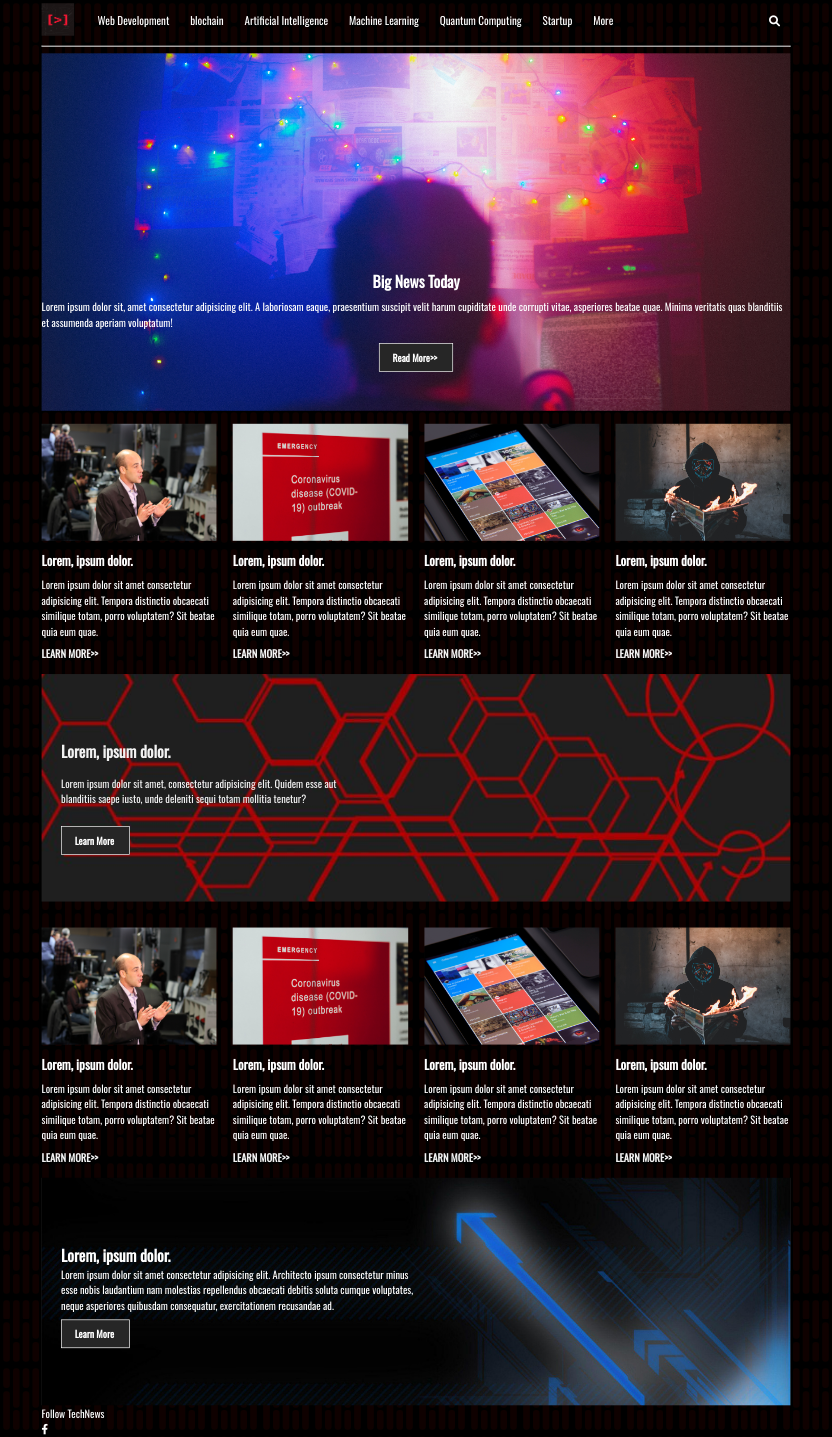
Repository: NickArregoces/News_Web
Page: index.html
The author's editor kept a copy of each file at every save. The page is drawn from the files as they stood at one save, then again after a run of saves.
The browser window is 1280 px wide. The pictures show the whole page, at 65% of full size.

Above is the page before, as saved 2021-12-24 20:05:37.

### index.html
<!DOCTYPE html>
<html lang="en">
<head>
    <meta charset="UTF-8">
    <meta http-equiv="X-UA-Compatible" content="IE=edge">
    <meta name="viewport" content="width=device-width, initial-scale=1.0">
    <title>TechNews</title>
    <!--FONT AWESOME-->
    <link rel="stylesheet" href="https://cdnjs.cloudflare.com/ajax/libs/font-awesome/6.0.0-beta3/css/all.min.css">

    <link rel="stylesheet" href="style.Css">
    <!--Oswald FONTS-->
    <link rel="preconnect" href="https://fonts.googleapis.com">
<link rel="preconnect" href="https://fonts.gstatic.com" crossorigin>
<link href="https://fonts.googleapis.com/css2?family=Oswald:wght@200;300;400&display=swap" rel="stylesheet">
</head>
<body>

    <div class="container">

        <nav class ="nav-main">
            <img src="img/brand.png" alt="" class="nav-brand">

            <ul class="nav-menu">
                <li>
                    <a href="#">Web Development</a>
                </li>
                <li>
                    <a href="#">blochain</a>
                </li>
                <li>
                    <a href="#">Artificial Intelligence</a>
                </li>
                <li>
                    <a href="#">Machine Learning</a>
                </li>
                <li>
                    <a href="#">Quantum Computing</a>
                </li>
                <li>
                    <a href="#">Startup</a>
                </li>
                <li>
                    <a href="#">More</a>
                </li>
            </ul>
            <ul class="nav-menu-right">
                <li>
                    <a href="">
                        <i class="fas fa-search"></i>
                    </a>
                </li>
            </ul>
        </nav>
        <hr> <!--Crea una linea -->


        <!--Showcase=Imagen pricnipal-->
        <header class="showcase">
            <h2>Big News Today</h2>
            <p>Lorem ipsum dolor sit, amet consectetur adipisicing elit. A laboriosam eaque, praesentium suscipit velit harum cupiditate unde corrupti vitae, asperiores beatae quae. Minima veritatis quas blanditiis et assumenda aperiam voluptatum!</p>
        <!--lorem30 te crea 30 palabras-->
            <a class="btn" href="#">Read More>> <i class="fas fa-angles-double-right"></i></a>
        </header>

        <!--NEWS CARDS(COLUMNAS)-->
        <div class="news-cards">
            <div class="">
                <img src="img/news1.jpg" alt="News 1">
                <h3>Lorem, ipsum dolor.</h3>
                <p>Lorem ipsum dolor sit amet consectetur adipisicing elit. Tempora distinctio obcaecati similique totam, porro voluptatem? Sit beatae quia eum quae.</p>
                <a href="">Learn More>><i class="fas fa-amgle-dpuble-right"></i></a>
            </div>
            <div class="">
                <img src="img/news2.jpg" alt="News 2">
                <h3>Lorem, ipsum dolor.</h3>
                <p>Lorem ipsum dolor sit amet consectetur adipisicing elit. Tempora distinctio obcaecati similique totam, porro voluptatem? Sit beatae quia eum quae.</p>
                <a href="">Learn More>><i class fas fa-amgle-dpuble-right></i></a>
            </div>
            <div class="">
                <img src="img/news3.jpg" alt="News 3">
                <h3>Lorem, ipsum dolor.</h3>
                <p>Lorem ipsum dolor sit amet consectetur adipisicing elit. Tempora distinctio obcaecati similique totam, porro voluptatem? Sit beatae quia eum quae.</p>
                <a href="">Learn More>><i class="fas fa-amgle-dpuble-right" ></i></a>
            </div>
            <div class="">
                <img src="img/news4.jpg" alt="News 4">
                <h3>Lorem, ipsum dolor.</h3>
                <p>Lorem ipsum dolor sit amet consectetur adipisicing elit. Tempora distinctio obcaecati similique totam, porro voluptatem? Sit beatae quia eum quae.</p>
                <a href="">Learn More>><i class="fas fa-amgle-dpuble-right"></i></a>
            </div>
        </div>

        <div>

            <section class="cards-banner-one">
                <div class="content">
                    <h2>Lorem, ipsum dolor.</h2>
                    <p>Lorem ipsum dolor sit amet, consectetur adipisicing elit. Quidem esse aut blanditiis saepe iusto, unde deleniti sequi totam mollitia tenetur?</p>
                    <a href="#" class="btn">Learn More <i class="fas fa-amgle-dpuble-right"></i></a>
                </div>

            </section>

            <!--NEWS CARDS(COLUMNAS)-->
        <div class="news-cards">
            <div class="">
                <img src="img/news1.jpg" alt="News 1">
                <h3>Lorem, ipsum dolor.</h3>
                <p>Lorem ipsum dolor sit amet consectetur adipisicing elit. Tempora distinctio obcaecati similique totam, porro voluptatem? Sit beatae quia eum quae.</p>
                <a href="">Learn More>><i class="fas fa-amgle-dpuble-right"></i></a>
            </div>
            <div class="">
                <img src="img/news2.jpg" alt="News 2">
                <h3>Lorem, ipsum dolor.</h3>
                <p>Lorem ipsum dolor sit amet consectetur adipisicing elit. Tempora distinctio obcaecati similique totam, porro voluptatem? Sit beatae quia eum quae.</p>
                <a href="">Learn More>><i class fas fa-amgle-dpuble-right></i></a>
            </div>
            <div class="">
                <img src="img/news3.jpg" alt="News 3">
                <h3>Lorem, ipsum dolor.</h3>
                <p>Lorem ipsum dolor sit amet consectetur adipisicing elit. Tempora distinctio obcaecati similique totam, porro voluptatem? Sit beatae quia eum quae.</p>
                <a href="">Learn More>><i class="fas fa-amgle-dpuble-right" ></i></a>
            </div>
            <div class="">
                <img src="img/news4.jpg" alt="News 4">
                <h3>Lorem, ipsum dolor.</h3>
                <p>Lorem ipsum dolor sit amet consectetur adipisicing elit. Tempora distinctio obcaecati similique totam, porro voluptatem? Sit beatae quia eum quae.</p>
                <a href="">Learn More>><i class="fas fa-amgle-dpuble-right"></i></a>
            </div>
        </div>

        <section class="cards-banner-two">
            <div class="content">
                <h2>Lorem, ipsum dolor.</h2>
                <p>Lorem ipsum dolor sit amet consectetur adipisicing elit. Architecto ipsum consectetur minus esse nobis laudantium nam molestias repellendus obcaecati debitis soluta cumque voluptates, neque asperiores quibusdam consequatur, exercitationem recusandae ad.</p>
                <a href="#" class="btn">Learn More <i class="fas fa-angles-double-right"></i> </a>
            </div>
        </section>

        <section class="social">

                <p> Follow TechNews</p>
                <div class="links">
                    <a href="#">
                        <i class="fab fa-facebook-f"></i>
                    </a>
                </div>

        </section>



        </div>

    </div>


</body>
</html>

### style.Css
*{
    box-sizing: border-box;
    margin: 0;
    padding: 0;
}

body{
    background:#000000;
    color:#ffff;
    background-color: #000000;
    background-image: url("data:[embedded picture, 663 characters]");
    color:#1e272e;
    font-size: 16px;
    font-family: 'Oswald', sans-serif;
}

a{
    color: #ffff;
    text-decoration: none;
}

ul{
    list-style: none;
}
.container{
    width: 90%;/*responsive*/
    margin: auto;
    color: #ffff;/*MIO*/
}
/*Navigation*/
.nav-main{
    font-size: 17px;
    display: flex;/*Elememnto al lado de otro*/
    justify-content: space-between;
    align-items: center;
    height: 60px;
    padding: 20px 0px;
}
.nav-brand{
    width: 50px;
}

/*Nav Left*/
.nav-main ul{
    display:flex;
}

.nav-main ul li{
    padding: 10px;
}

.nav-main ul li a{
    padding: 6px;
}

.nav-main ul li a:hover {
    border-bottom: 2px solid #ffffff;
}
.nav-main ul.nav-menu{
    flex:1;
    margin-left: 20px;
}

/*Showcase*/
hr{
    margin:10px 0px;
}
.showcase{
    width: 100%;
    height: 550px;
    /*Arreglar img */
    background: url(/img/showcase2.jpg) no-repeat center center/cover;
    padding-bottom: 50px;
    margin-bottom: 20px;/*Margen interna*/
    display:flex;
    flex-direction: column;
    align-items: center;/*centrar P*/
    justify-content: flex-end; /*p al final*/
}

.btn{
    cursor: pointer;
    display: inline-block;
    border: 0;
    font-weight: bold;
    padding: 10px 20px;
    background: #262626;
    color:#ffffff;
    font-size: 15px;
    border: 1px solid #ffff;
    margin:10px 0px;
}

.btn:hover{
    opacity: 0.7;
}

.showcase h2,
.showcase p{
    margin-bottom: 10px;
}

/*News CARS*/
.news-cards{
    display: grid;
    grid-template-columns: 1fr 1fr 1fr 1fr;/*4 columnas*/
    gap: 25px;/*espaciado card*/
    margin: 10px 0;
}

.news-cards img{
    width:100%;
    height:  180px;
}

.news-cards h3{
    font-size: 20px;
    margin:  10px 0;

}

.news-cards a{
    padding: 10px 0;
    color: #f2f2f2;
    text-transform: uppercase;
    display: inline-block;
    font-weight: bold;
}

.news-cards a:hover{
    text-decoration: underline; /*Line debajo*/
}

/*Cards-banner-one*/

.cards-banner-one {
    width: 100%;
    height: 350px;
    background: url(./img/tech-red.jpg) no-repeat center/cover;;
    margin-bottom: 40px;
}
.cards-banner-one .content{
    width: 40%;
    padding: 90px 0 0 30px;
    color: #f2f2f2;
}

.cards-banner-one p,
.cards-banner-one h2{
    margin: 10px 0 20px 0;
}

/*CARDS BANNER TWO*/

.cards-banner-two{
    background: url(./img/image-five.jpg) no-repeat center/cover;
    width: 100%;
    height: 350px;
}

.cards-banner-two .content{
    width: 50%;
    padding: 100px 0 0 30px;
}

After the next 2 saves:
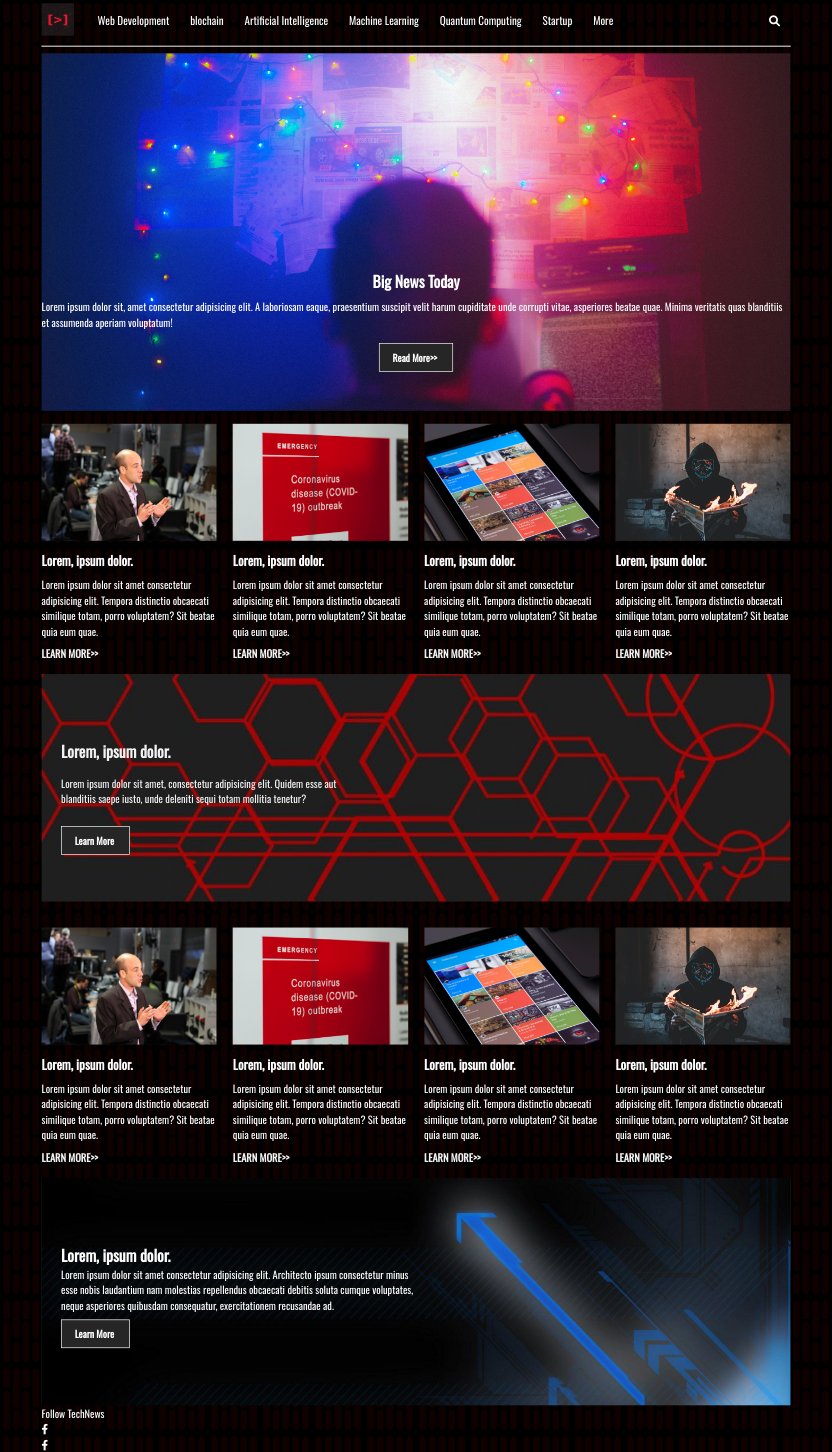
The 2 saves are shown as one change because they came seconds apart.
The last was saved 12 s later.
--- a/index.html
+++ b/index.html
@@ -145,6 +145,11 @@
                     <a href="#">
                         <i class="fab fa-facebook-f"></i>
                     </a>
+                    <div class="links">
+                        <a href="#">
+                            <i class="fab fa-facebook-f"></i>
+                        </a>
+
                 </div>
 
         </section>
